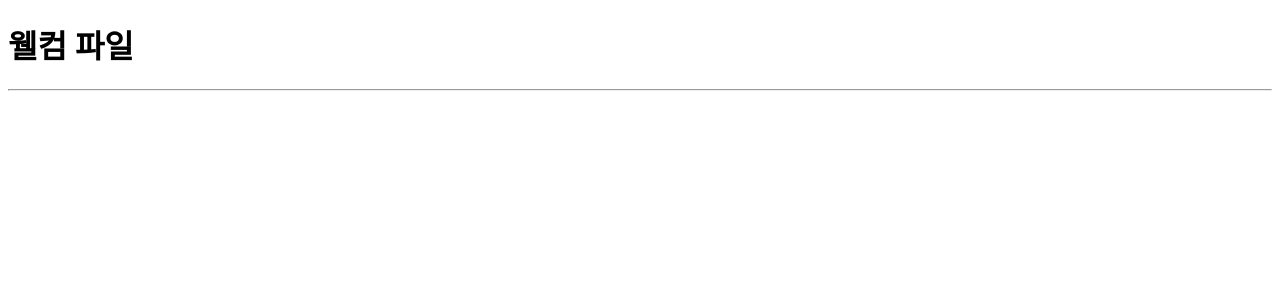
Repository: Simyoungdo04/dynamic-workspace
Page: FirstProject/src/main/webapp/index.html
An editor plug-in stored every save of this project. The page is shown before and after the next save, followed by the edit.
The browser window is 1280 px wide. The pictures show the whole page.

Above is the page before, as saved 2026-05-04 03:19:46.

After the next save:
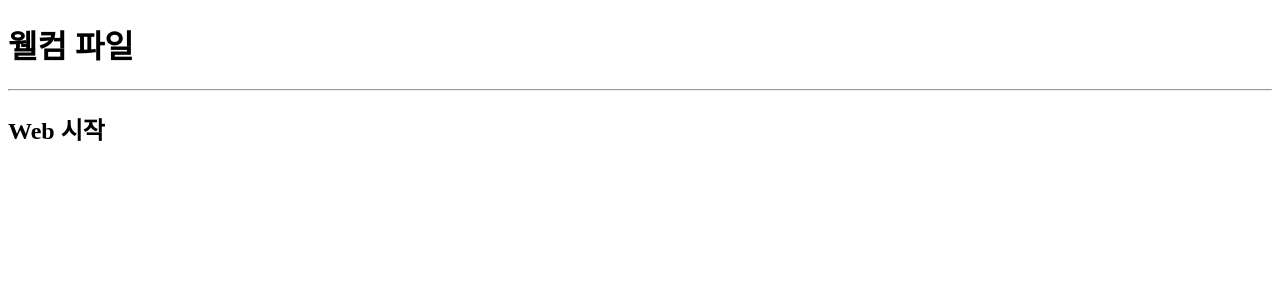
Saved 12 s later.
--- a/FirstProject/src/main/webapp/index.html
+++ b/FirstProject/src/main/webapp/index.html
@@ -58,6 +58,6 @@
 
 	 <hr>
 
-
+	 <h2>Web 시작</h2>
 </body>
 </html>
